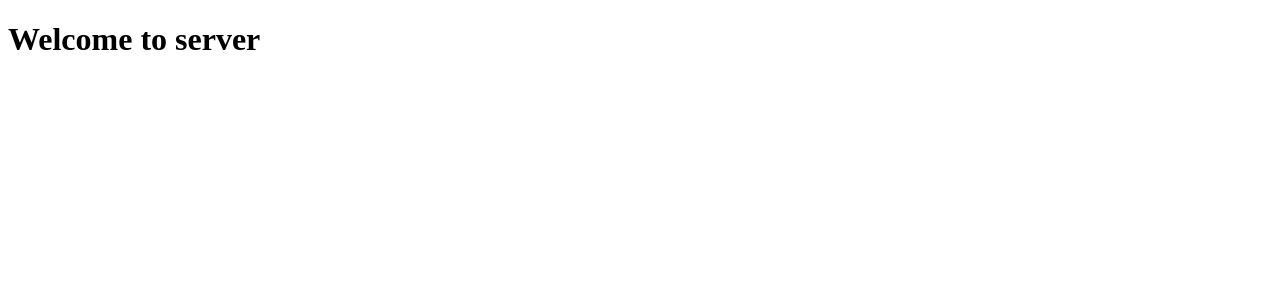
Repository: diksha847/ServletProjectsAllInOne
Page: servelet_project2/src/main/webapp/index.html
The author's editor kept a copy of each file at every save. The page is drawn from the files as they stood at one save, then again after the next save.
The browser window is 1280 px wide. The pictures show the whole page.

Above is the page before, as saved 2024-11-11 16:14:37.

### servelet_project2/src/main/webapp/index.html
<!DOCTYPE html>
<html>
<head>
<meta charset="UTF-8">
<title>Insert title here</title>
</head>
<body>
<h1>Welcome to server</h1>
</body>
</html>

After the next save:
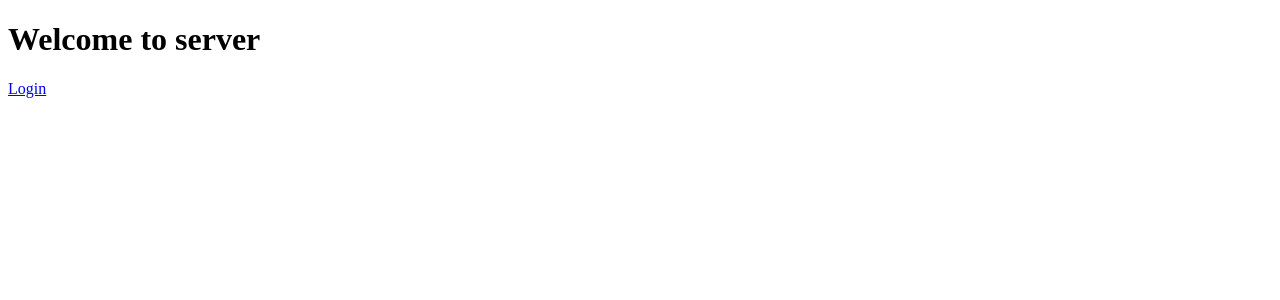
Saved 7 s later.
--- a/servelet_project2/src/main/webapp/index.html
+++ b/servelet_project2/src/main/webapp/index.html
@@ -6,5 +6,6 @@
 </head>
 <body>
 <h1>Welcome to server</h1>
+<a href="serv">Login</a>
 </body>
 </html>
